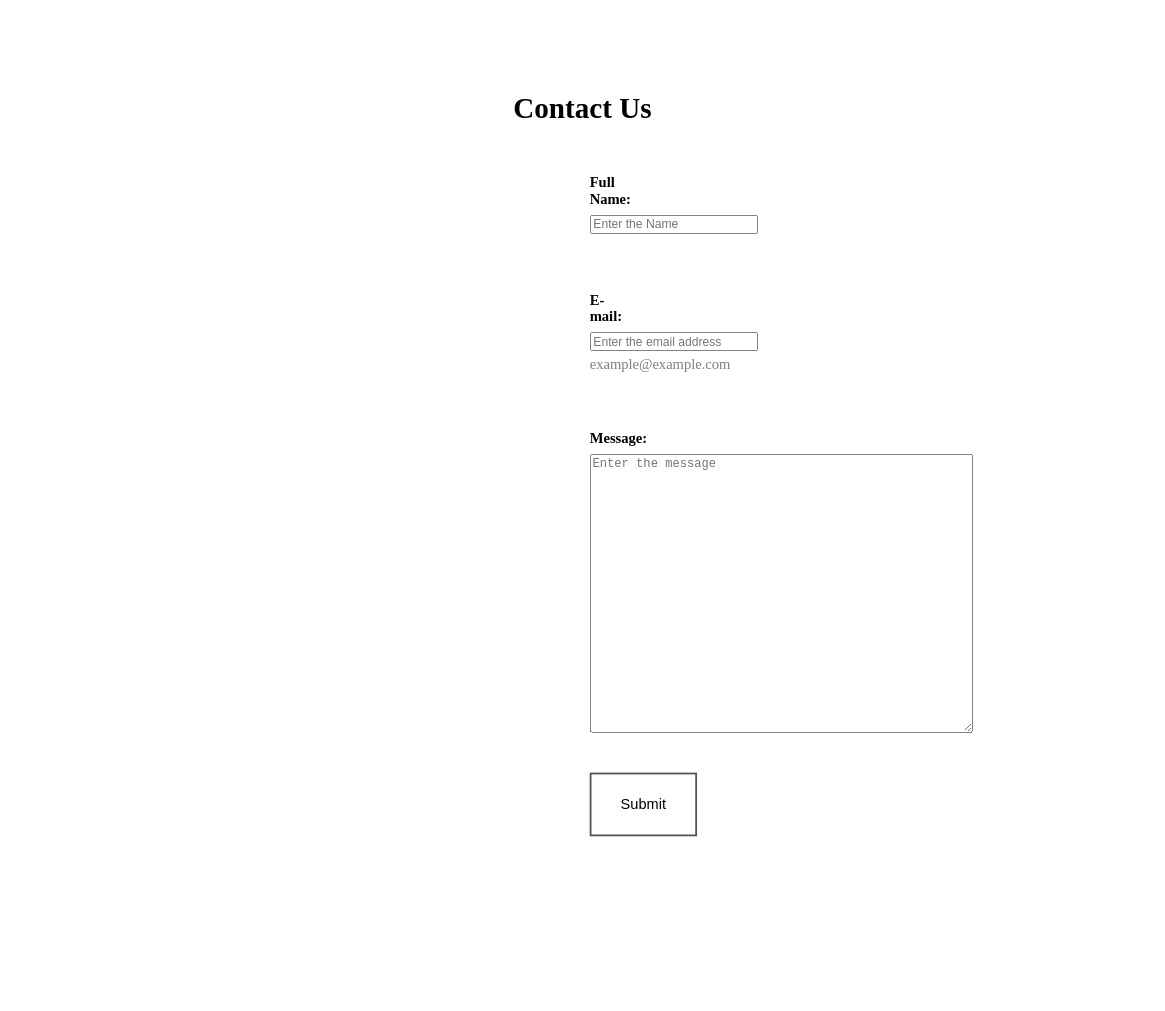
Repository: Shivamkr522/Contact_Us_Page
Page: http://localhost/ContactUs/contactus.jsp
These files come from the project's save history. The page is drawn as it stood at one moment and after the next save; the edit follows.
The browser window is 1280 px wide. The pictures show the whole page, at 91% of full size.
The page is served by Tomcat 9.

Above is the page before, as saved 2022-12-11 21:13:32.

After the next save:
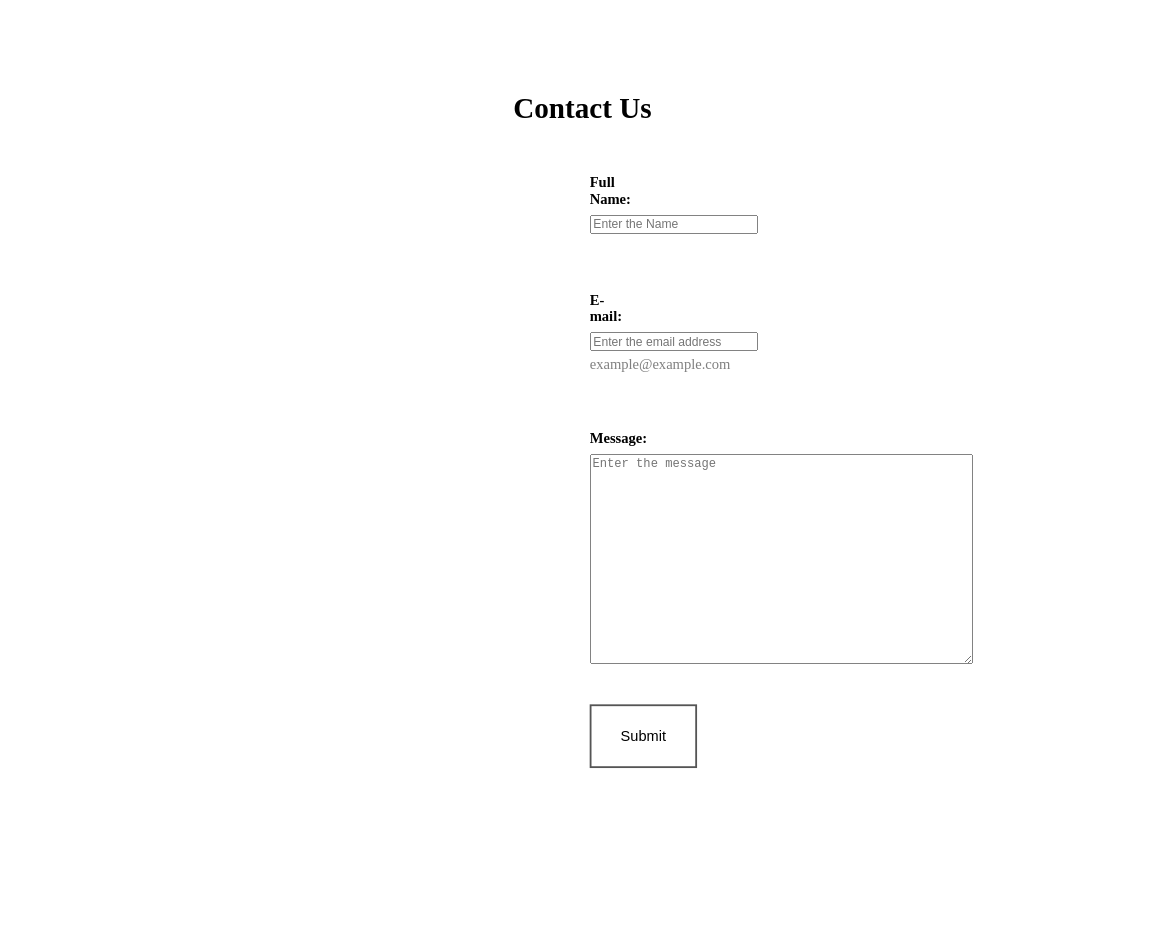
Saved 4 min 4 s later.
--- a/ContactUs/src/main/webapp/contactus.jsp
+++ b/ContactUs/src/main/webapp/contactus.jsp
@@ -22,7 +22,7 @@
 			<div id="message">
 				<label><strong>Message:</strong></label>
 				<br>
-				<textarea rows="20" cols="50" name="message" id="message-block" placeholder="Enter the message" required></textarea>
+				<textarea rows="15" cols="50" name="message" id="message-block" placeholder="Enter the message" required></textarea>
 			</div>
 			<div id="submit-button">
 				<input type="submit" id="submit" value="Submit">
